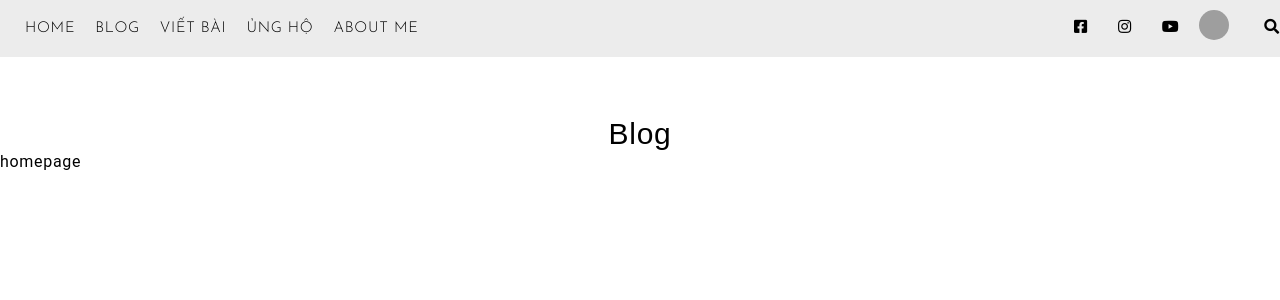
Repository: DTien93/blog-meanstack
Page: / (app in my-app/)
These files come from the project's save history. The page is drawn as it stood at one moment and after the next save; the edit follows.
The browser window is 1280 px wide. The pictures show the whole page.
Pictures or frames that could not be fetched are drawn as grey boxes. Some web libraries are served in a nearby version. The project was rebuilt for these pictures with package versions that can differ from the ones it lists, and the page was loaded fresh each time. Also part of the build but not shown: my-app/src/components/pages/home.css.

Above is the page before, as saved 2021-08-21 16:00:22.

### my-app/public/index.html
<!DOCTYPE html>
<html lang="en">
  <head>
    <meta charset="utf-8" />
    <link rel="icon" href="%PUBLIC_URL%/favicon.ico" />
    <link rel="preconnect" href="https://fonts.googleapis.com">
    <link rel="preconnect" href="https://fonts.gstatic.com" crossorigin>
    <link href="https://fonts.googleapis.com/css2?family=Josefin+Sans:ital,wght@0,100;0,200;0,300;1,100;1,200;1,300&family=Josefin+Slab:ital,wght@0,100;1,100&family=Varela&family=Varela+Round&display=swap" rel="stylesheet">
    <link rel="stylesheet" href="https://pro.fontawesome.com/releases/v5.10.0/css/all.css" integrity="sha384-AYmEC3Yw5cVb3ZcuHtOA93w35dYTsvhLPVnYs9eStHfGJvOvKxVfELGroGkvsg+p" crossorigin="anonymous"/>
    <meta name="viewport" content="width=device-width, initial-scale=1" />
    <meta name="theme-color" content="#000000" />
    <meta
      name="description"
      content="Web site created using create-react-app"
    />
    <link rel="apple-touch-icon" href="%PUBLIC_URL%/logo192.png" />
    <link rel="manifest" href="%PUBLIC_URL%/manifest.json" />
    <title>React App</title>
  </head>
  <body>
    <noscript>You need to enable JavaScript to run this app.</noscript>
    <div id="root"></div>
  </body>
</html>

### my-app/src/index.js
import React from 'react'
import ReactDOM from 'react-dom'
import App from './App'

import './css/index.css'

ReactDOM.render(
  <React.StrictMode>
    <App />
  </React.StrictMode>,
  document.getElementById('root')
);

### my-app/src/App.js
import React from 'react'

// Components
import TopBar from './components/TopBar'
import Home from './components/pages/Home'

// css
import './css/index.css'


function App() {
  return (
    <>
      <TopBar />
      <Home />
    </>
  );
}

export default App;

### my-app/src/css/index.css
:root {
    --main-bg: #fff;

    --main-header: #ececec;
    --second-header: #999;

    --txt-color: #000;
    --main-color: #252525;
    --second-color: #d3b062;

    --border-color: #000;
    --border-main:#d3b062;

    --main-color: #000;
    --main-second: #d3b062;

    --main-size: 15px;
    --second-size: 20px;
}

* {
    padding: 0;
    margin: 0;
    box-sizing: border-box;
    -webkit-tap-highlight-color: transparent;
}

body {
    font-family: "Roboto", sans-serif;
    -webkit-font-smoothing: antialiased;
    -moz-osx-font-smoothing: grayscale;
    letter-spacing: 0.7px;
}

a {
    text-decoration: none;
    color: unset;
}

a:hover {
    color: var(--main-second);
}

ul {
    list-style-type: none;
}

input {
    border: 2px solid transparent;
    outline: 0;
}

li {
    text-decoration: none;
    list-style-type: none;
}

### my-app/src/components/TopBar/index.jsx
import React from 'react'

import '../TopBar/topbar.css'


export default function TopBar() {
    return (

        <div className="top">
            <div className="top__left">
                <li className="top__left-item  item-active">Home</li>
                <li className="top__left-item">Blog</li>
                <li className="top__left-item">Viết bài</li>
                <li className="top__left-item">ủng hộ</li>
                <li className="top__left-item">About me</li>
            </div>

            <div className="top__right">
                <li className="top__right-item"><i className="fab fa-facebook-square"></i></li>
                <li className="top__right-item"><i className="fab fa-instagram"></i></li>
                <li className="top__right-item"><i className="fab fa-youtube"></i></li>
                <img className="top__right-img" src="https://media.thieunien.vn/thumb//uploads/2021/08/09/jisoo-blackpink-di-dong-phim-nhung-co-thanh-vien-nay-lai-duoc-khen-ve-dien-xuat-nhieu-hon_24560.jpg" alt="" />
                <li className="top__right-item top__search-icon"><i class="fas fa-search"></i></li>
            </div>
            </div>
    )
}

### my-app/src/components/pages/Home.jsx
import React from 'react'

import Header from '../Header'

import '../pages/home.css'

export default function Home() {
    return (
        <div className="home">
            <Header />
            homepage
        </div>
    )
}

### my-app/src/components/TopBar/TopBar.css
.top {
    width: 100%;
    height: 57px;
    background-color: var(--main-header);
    position: sticky;
    top: 0;
    display: flex;
    align-items: center;
    font-family: 'Josefin Sans', sans-serif;
}

.top__left{
    flex: 9;
    display: flex;
    line-height: 57px;
    padding: 0 15px;
    text-transform: uppercase;
}

.top__left-item {
    margin: 0 10px;
    color: var(--main-color);
    cursor: pointer;
    font-size: 15px;
}

.top__left-item item-active {
    color: var(--second-color);
}

.top__left-item:hover {
    color: var(--second-color);
}

.top__right {
    flex: 2;
    display: flex;
    line-height: 57px;
}

.top__right-item {
  font-size: var(--main-size);
  margin-left: 30px;
  color: var(--main-color);
  cursor: pointer;
  font-size: var(--main-size);
}

.top__right-img {
    margin: 10px 20px;
    width: 30px;
    height: 30px;
    margin-top: 10px;
    border-radius:  50%;
    object-fit: over;
}

.top__search-icon {
    font-size: var(--main-size);
    color: var(--main-color);
    cursor: pointer;
    margin-left: var(--main-size);
}

### my-app/src/components/Header/index.jsx
import React from 'react'

import { Link, Route, BrowserRouter } from 'react-router-dom'

// css
import '../Header/header.css'

export default function Header() {
    return (
        <BrowserRouter>
        <div className="header">
            <div className="header__titles">
                <h1 className="header__titles-heading">
                    <Link to=""></Link>
                </h1>
                <span className="header__titles-heading">Blog</span>
            </div>
            </div>
            </BrowserRouter>
    )
}

### my-app/src/components/Header/header.css
.header {
    margin-top: 60px;
}

.header__titles{
    display: flex;
    flex-direction: column;
    align-items: center;
    font-family: 'Montserrat',sans-serif;
    color: var(--txt-color);
    font-weight: 400;
    line-height: 1.15;
    font-size: 30px;
    text-transform: none;
}

.header_titles-heading {

}

Loaded but not shown: my-app/src/components/pages/home.css (no copy from this time; the picture is the same without it)

After the next save:
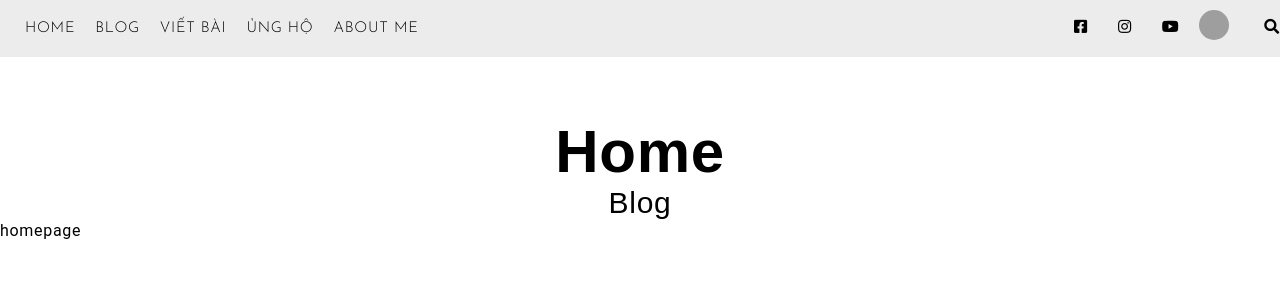
Saved 10 s later.
--- a/my-app/src/components/Header/index.jsx
+++ b/my-app/src/components/Header/index.jsx
@@ -11,7 +11,7 @@
         <div className="header">
             <div className="header__titles">
                 <h1 className="header__titles-heading">
-                    <Link to=""></Link>
+                    <Link to="">Home</Link>
                 </h1>
                 <span className="header__titles-heading">Blog</span>
             </div>
